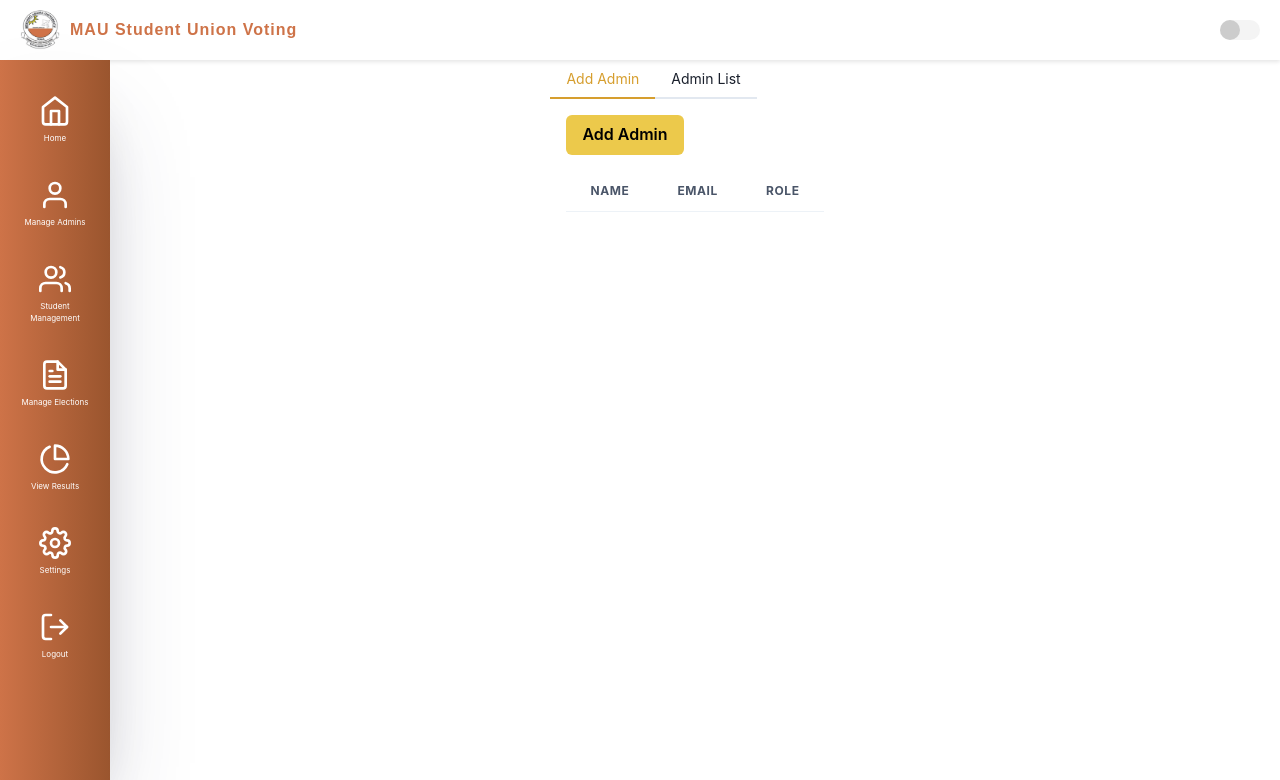
Repository: joena1o/e-vote
Page: /admin-dashboard/manage-admin
The author's editor kept a copy of each file at every save. The page is drawn from the files as they stood at one save, then again after the next save.
The browser window is 1280 px wide. The pictures show the whole page.
The project was rebuilt for these pictures with package versions that can differ from the ones it lists, and the page was loaded fresh each time. Also part of the build but not shown: src/components/EnhancedLogin.js, src/components/maincontent/RegisterStudents/ManageStudents.js, src/components/maincontent/RegisterStudents/RegisterStudents.js, src/components/maincontent/RegisterStudents/StudentManagement.js, src/components/maincontent/ElectionResults/ViewResults.js, src/components/maincontent/ElectionResults/report.js, src/components/maincontent/ElectionResults/ViewElectionResults.js, src/components/maincontent/Settings/Settings.js and 17 more.

Above is the page before, as saved 2023-10-29 08:27:29.

After the next save:
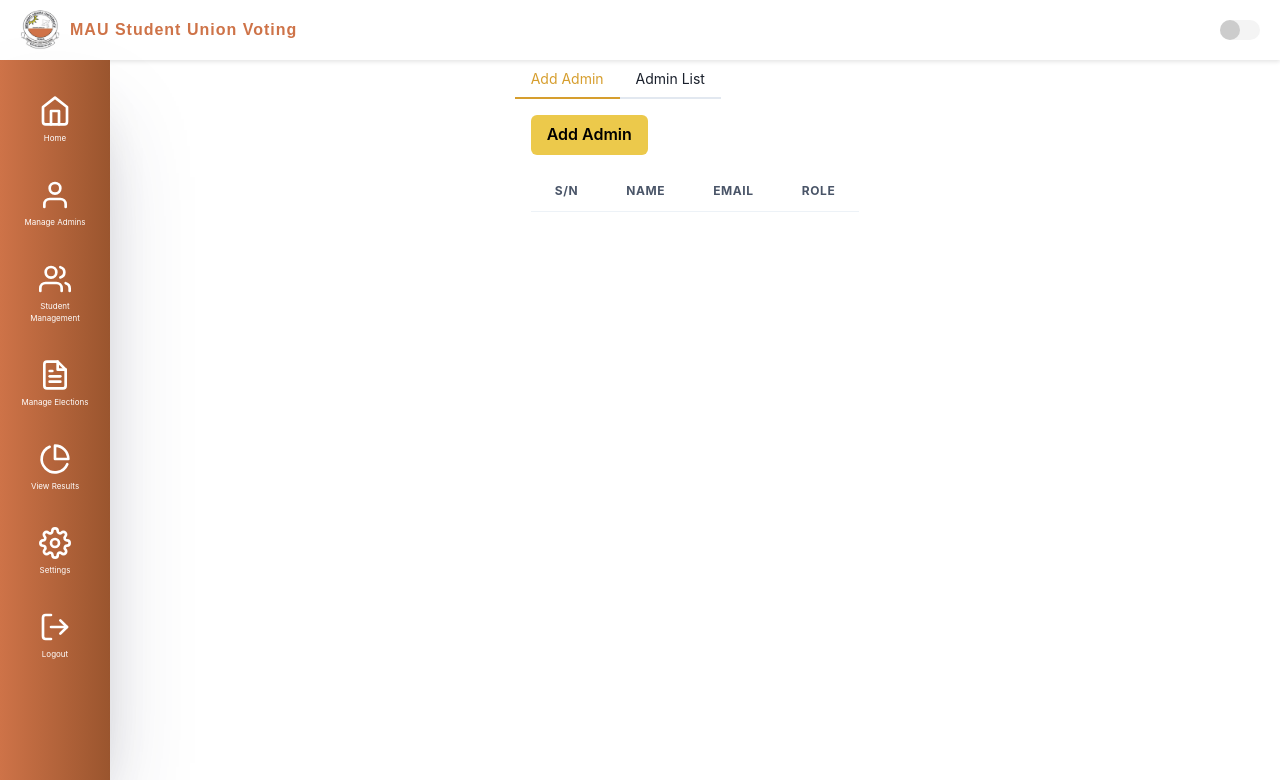
Saved 87 s later.
--- a/src/components/maincontent/ManageAdmins/AddAdmin.js
+++ b/src/components/maincontent/ManageAdmins/AddAdmin.js
@@ -77,6 +77,7 @@ const AddAdmin = () => {
       <Table variant="simple" mt={4}>
         <Thead>
           <Tr>
+            <Th>S/N</Th>
             <Th>Name</Th>
             <Th>Email</Th>
             <Th>Role</Th>
@@ -85,6 +86,7 @@ const AddAdmin = () => {
         <Tbody>
           {admins.map((admin, index) => (
             <Tr key={index}>
+              <Td>{index + 1}</Td>
               <Td>{admin.name}</Td>
               <Td>{admin.email}</Td>
               <Td>{admin.role}</Td>
